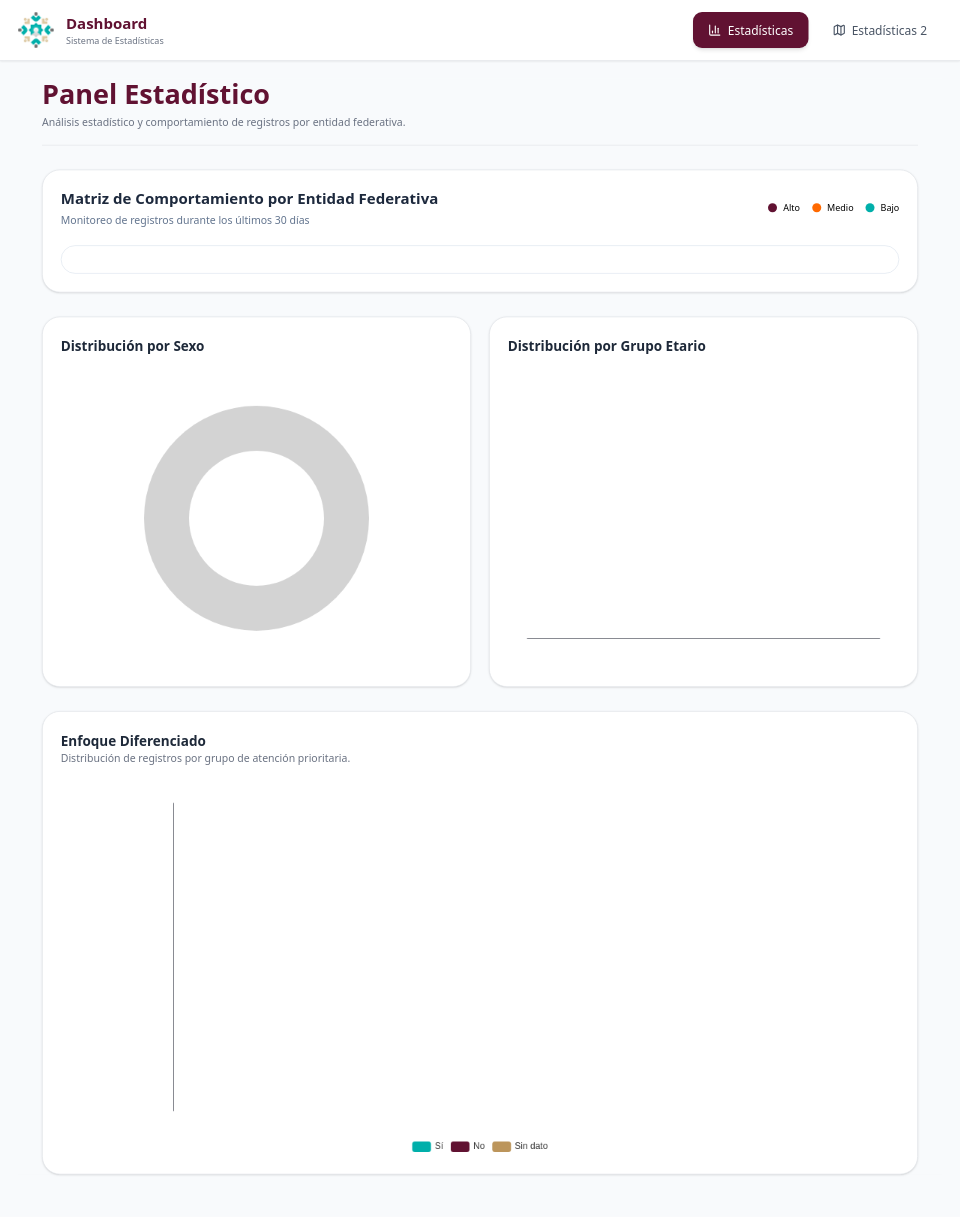
Repository: jesus890/semaforo-cinepolis
Page: /
An editor plug-in stored every save of this project. The page is shown before and after the next save, followed by the edit.
The browser window is 1280 px wide. The pictures show the whole page, at 75% of full size.
The page's requests for data from a server got no answer. The project was rebuilt for these pictures with package versions that can differ from the ones it lists, and the page was loaded fresh each time. No one was signed in, and anything a server would have sent is missing. Also part of the build but not shown: vite.config.ts, src/pages/EstadisticasDosPage.tsx.

Above is the page before, as saved 2026-06-04 13:09:55.

### index.html
<!doctype html>
<html lang="en">
  <head>
    <meta charset="UTF-8" />
    <link rel="icon" type="image/svg+xml" href="/favicon.svg" />
    <meta name="viewport" content="width=device-width, initial-scale=1.0" />
    <title>Estadistica Alertamiento | RNPNDO</title>
  </head>
  <body>
    <div id="root"></div>
    <script type="module" src="/src/main.tsx"></script>
  </body>
</html>

### src/App.tsx
import AppRouter from "./router/AppRouter";

function App() {
    return <AppRouter />;
}

export default App;

### src/router/AppRouter.tsx
import {BrowserRouter,Routes,Route,Navigate,} from "react-router-dom";

import DashboardLayout from "../layouts/DashboardLayout";
import EstadisticasPage from "../pages/EstadisticaPage";
import EstadisticasDosPage from "../pages/EstadisticasDosPage";



export default function AppRouter() {

    return (
        <BrowserRouter>
            <Routes>
                <Route path="/" element={<DashboardLayout/>}>
                    <Route index element={<Navigate to="/estadisticas"/>}/>
                    <Route path="estadisticas" element={<EstadisticasPage />}/>
                    <Route path="estadisticas-2" element={<EstadisticasDosPage />}/>
                </Route>
            </Routes>
        </BrowserRouter>
    );
}

### src/layouts/DashboardLayout.tsx
import { Outlet } from "react-router-dom";

import Header from "../components/Dashboard/navigation/Header";

export default function DashboardLayout() {

    return (
        <div className="min-h-screen bg-slate-50">
            <Header />
            <main className="p-6">
                <Outlet />
            </main>
        </div>

    );
}

### src/components/Dashboard/navigation/Header.tsx
import { NavLink } from "react-router-dom";

import { BarChart3, Map, } from "lucide-react";
import logoSystem from "../../../assets/CNB.png";

export default function Header() {

    const menu = [
        {
            label: "Estadísticas",
            icon: BarChart3,
            path: "/estadisticas",
        },
        {
            label: "Estadísticas 2",
            icon: Map,
            path: "/estadisticas-2",
        },
    ];

    return (

        <header className="sticky top-0 z-50 bg-white border-b border-gray-200 shadow-sm">

            <div className="h-20 px-6 flex items-center justify-between max-w-[1800px] mx-auto">

                {/* Logo */}
                <div className="flex items-center gap-4">

                    <img src={logoSystem} alt="Logo" className="h-12 w-auto object-contain" />

                    <div>

                        <h1 className="text-xl font-bold text-[#611232]">
                            Dashboard
                        </h1>

                        <p className="text-xs text-gray-500">
                            Sistema de Estadísticas
                        </p>

                    </div>

                </div>

                {/* Menú */}
                <nav className="flex items-center gap-3">

                    {menu.map((item) => {

                        const Icon = item.icon;

                        return (

                            <NavLink
                                key={item.path}
                                to={item.path}
                                className={({
                                    isActive,
                                }) =>
                                    `
                                    flex
                                    items-center
                                    gap-2
                                    px-5
                                    py-3
                                    rounded-xl
                                    font-medium
                                    transition-all

                                    ${isActive
                                        ? "bg-[#611232] text-white shadow-md"
                                        : "text-gray-600 hover:bg-gray-100"
                                    }
                                `
                                }
                            >

                                <Icon
                                    size={18}
                                />

                                {item.label}

                            </NavLink>
                        );
                    })}

                </nav>

            </div>

        </header>
    );
}

### src/components/Dashboard/heatmap/HeatmapTable.tsx
import { useMemo } from "react";

import type { HeatmapRow } from "../../../types/dashboard.types";

interface Props {
    rows: HeatmapRow[];
    level: "estado" | "municipio";
    onRowClick?: (estadoId: number) => void;
    onCellClick?: (
        data: {
            estadoId: number;
            municipioId: number;
            fecha: string;
        }
    ) => void;
}

export default function HeatmapTable({ rows, onRowClick, onCellClick, }: Props) {

    const dates = useMemo(() => {
        if (!rows.length) return [];

        return rows[0].values.map(
            value => value.day
        );
    }, [rows]);

    const getColor = (estatus: string) => {
        switch (estatus?.toLowerCase()) {
            case "rojo":
                return "bg-[#611232]";
            case "naranja":
                return "bg-orange-500";
            case "verde":
                return "bg-[#00AFAA]";
            default:
                return "bg-slate-200";
        }
    };

    return (
        <div className="overflow-auto rounded-3xl border border-slate-200 bg-white p-4">

            <table className="border-separate  min-w-max">

                <thead>
                    <tr>
                        <th className="sticky left-0 z-20 bg-white min-w-[240px]"></th>

                        {dates.map(date => (

                            <th
                                key={date}
                                className="h-28 min-w-[42px] align-bottom"
                            >

                                <div className="-rotate-45 origin-bottom-left whitespace-nowrap text-[10px] font-medium text-slate-500">
                                    {date}
                                </div>

                            </th>

                        ))}

                    </tr>

                </thead>

                <tbody>

                    {rows.map(row => (

                        <tr key={row.id}>

                            <td className="sticky left-0 z-10 bg-white pr-4">

                                <button
                                    onClick={() => onRowClick?.(row.estadoId)}
                                    className="group flex tems-center gap-3 text-left transition-all cursor-pointer"
                                >
                                    <span className="text-sm font-semibold text-slate-700 group-hover:text-[#611232]">
                                        {row.name}
                                    </span>

                                </button>

                            </td>

                            {row.values.map(
                                value => (

                                    <td
                                        key={value.day}
                                    >

                                        <button
                                            onClick={() =>
                                                onCellClick?.({estadoId:value.estadoId,municipioId:value.municipioId,fecha:value.day})
                                            }
                                            title={`${value.total} registros`}
                                            className={`
                                                h-8
                                                w-8
                                                rounded-lg
                                                transition-all
                                                hover:scale-110
                                                hover:shadow-lg
                                                hover:ring-2
                                                hover:ring-[#611232]
                                                cursor-pointer
                                                ${getColor(
                                                value.estatus
                                            )}
                                            `}
                                        />

                                    </td>

                                )
                            )}

                        </tr>

                    ))}

                </tbody>

            </table>

        </div>
    )

}

### src/components/Dashboard/charts/SexoChart.tsx
import ReactECharts from "echarts-for-react";
import { Colors } from "../../../constants/colors";

interface SexoItem {
    categoria: string;
    total: number;
}

interface Props {
    sexo?: SexoItem[];
}

export default function SexoChart({ sexo = [] }: Props) {

    const getColor = (categoria: string) => {

        switch (categoria.toUpperCase()) {

            case "HOMBRE":
                return Colors.rojito;

            case "MUJER":
                return Colors.verdecito;

            default:
                return Colors.oro;
        }
    };

    const data = sexo.map(item => ({
        value: item.total,
        name:
            item.categoria.charAt(0) +
            item.categoria.slice(1).toLowerCase(),

        itemStyle: {
            color: getColor(item.categoria),
        },
    }));

    const option = {
        tooltip: {
            trigger: "item",
        },

        legend: {
            bottom: 0,
        },

        series: [
            {
                type: "pie",
                radius: ["45%", "75%"],

                label: {
                    formatter: "{b}\n{c}",
                },

                data,
            },
        ],
    };

    return (
        <ReactECharts
            option={option}
            style={{
                height: "400px",
            }}
        />
    );
}

### src/services/dashboard.service.ts
import { apiRequest } from "../lib/api";
import { axiosInstance } from "../lib/axios";

export const GetEntidadesByAlertaTable = (estado_id: any, municipio_id: any) =>
    apiRequest<any>(
        axiosInstance.get(`/api/Alertas`)
    );

export const GetTotalesIncremento = (estado_id: any, municipio_id: any) =>
    apiRequest<any>(
        axiosInstance.get(`/api/Alertas/incremento-desaparecidos`)
    );

### src/components/Dashboard/charts/EdadChart.tsx
import ReactECharts from "echarts-for-react";
import { Colors } from "../../../constants/colors";

interface GrupoEtarioItem {
  categoria: string;
  total: number;
}

interface Props {
  grupoEtario?: GrupoEtarioItem[];
}

export default function EdadChart({
  grupoEtario = [],
}: Props) {

  const getColor = (
    categoria: string
  ) => {

    switch (
    categoria.toUpperCase()
    ) {

      case "MENOR DE EDAD":
        return Colors.verdecito;

      case "MAYOR DE EDAD":
        return Colors.rojito;

      case "ADULTO MAYOR":
        return Colors.oro;

      default:
        return "#4F46E5";
    }
  };

  const categories =
    grupoEtario.map(
      item => item.categoria
    );

  const data =
    grupoEtario.map(
      item => ({
        value: item.total,

        itemStyle: {
          color: getColor(
            item.categoria
          ),
        },
      })
    );

  const option = {
    tooltip: {
      trigger: "axis",
    },

    grid: {
      left: "5%",
      right: "5%",
      bottom: "10%",
      containLabel: true,
    },

    xAxis: {
      type: "category",

      data: categories,

      axisLabel: {
        interval: 0,
        rotate: 0,
      },
    },

    yAxis: {
      type: "value",
    },

    series: [
      {
        type: "bar",

        barWidth: 70,

        borderRadius: [
          8,
          8,
          0,
          0,
        ],

        data,
      },
    ],
  };

  return (
    <ReactECharts
      option={option}
      style={{
        height: "400px",
      }}
    />
  );
}

### src/components/Dashboard/charts/EnfoqueChart.tsx
import ReactECharts from "echarts-for-react";
import { Colors } from "../../../constants/colors";

interface EnfoqueDetalle {
  categoria: string;
  total: number;
}

interface EnfoqueItem {
  grupo: string;
  detalle: EnfoqueDetalle[];
}

interface Props {
  enfoqueDiferenciado?: EnfoqueItem[];
}

export default function EnfoqueChart({
  enfoqueDiferenciado = [],
}: Props) {

  const normalize = (
    value: string
  ) => {

    const v =
      value
        ?.trim()
        .toUpperCase();

    if (v === "SI")
      return "SI";

    if (v === "NO")
      return "NO";

    return "SIN DATO";
  };

  const groups =
    enfoqueDiferenciado.map(
      item => {

        switch (
        item.grupo
        ) {

          case "TIENEDISCAPACIDAD":
            return "Discapacidad";

          case "HABLAESPANIOL":
            return "Habla Español";

          case "LENGUA":
            return "Lengua";

          case "ESMIGRANTE":
            return "Migrante";

          default:
            return item.grupo;
        }
      }
    );

  const siData =
    enfoqueDiferenciado.map(
      grupo =>
        grupo.detalle
          .filter(
            x =>
              normalize(
                x.categoria
              ) === "SI"
          )
          .reduce(
            (
              acc,
              item
            ) =>
              acc +
              item.total,
            0
          )
    );

  const noData =
    enfoqueDiferenciado.map(
      grupo =>
        grupo.detalle
          .filter(
            x =>
              normalize(
                x.categoria
              ) === "NO"
          )
          .reduce(
            (
              acc,
              item
            ) =>
              acc +
              item.total,
            0
          )
    );

  const sinDatoData =
    enfoqueDiferenciado.map(
      grupo =>
        grupo.detalle
          .filter(
            x =>
              normalize(
                x.categoria
              ) ===
              "SIN DATO"
          )
          .reduce(
            (
              acc,
              item
            ) =>
              acc +
              item.total,
            0
          )
    );

  const option = {

    tooltip: {
      trigger: "axis",
      axisPointer: {
        type: "shadow",
      },
    },

    legend: {
      bottom: 0,
    },

    grid: {
      left: 150,
      right: 30,
      top: 30,
      bottom: 60,
    },

    xAxis: {
      type: "value",
    },

    yAxis: {
      type: "category",
      data: groups,
    },

    series: [
      {
        name: "Sí",
        type: "bar",
        stack: "total",

        label: {
          show: true,
        },

        itemStyle: {
          color:
            Colors.verdecito,
        },

        data: siData,
      },

      {
        name: "No",
        type: "bar",
        stack: "total",

        label: {
          show: true,
        },

        itemStyle: {
          color:
            Colors.rojito,
        },

        data: noData,
      },

      {
        name: "Sin dato",
        type: "bar",
        stack: "total",

        label: {
          show: true,
        },

        itemStyle: {
          color:
            Colors.oro,
        },

        data: sinDatoData,
      },
    ],
  };

  return (
    <ReactECharts
      option={option}
      style={{
        height: "500px",
      }}
    />
  );
}

### src/constants/colors.ts
export const Colors = {
    rojito: "#611232",
    verdecito: "#00AFAA",
    oro: "#BC955B",
    grisito: "#E8E8E8",
    grisote: "#D2D3D3",
    text: "#5A5A5A",
};

### src/lib/api.ts
import axios from "axios";

export async function apiRequest<T>(
  promise: Promise<{ data: T }>
): Promise<T> {
  try {
    const { data } = await promise;
    return data;
  } catch (error) {
    if (axios.isAxiosError(error)) {
      const response = error.response;

      const message =
        response?.data?.message ||
        response?.data?.error ||
        response?.data?.msg ||
        "Error en la petición";

      throw new Error(message);
    }

    throw new Error("Error inesperado");
  }
}

### src/lib/axios.ts
import axios from "axios";

export const axiosInstance = axios.create({
  baseURL: import.meta.env.VITE_API_URL,
});

Loaded but not shown: src/main.tsx (common file); src/index.css (common file); src/pages/EstadisticaPage.tsx (191 lines, source omitted)

After the next save:
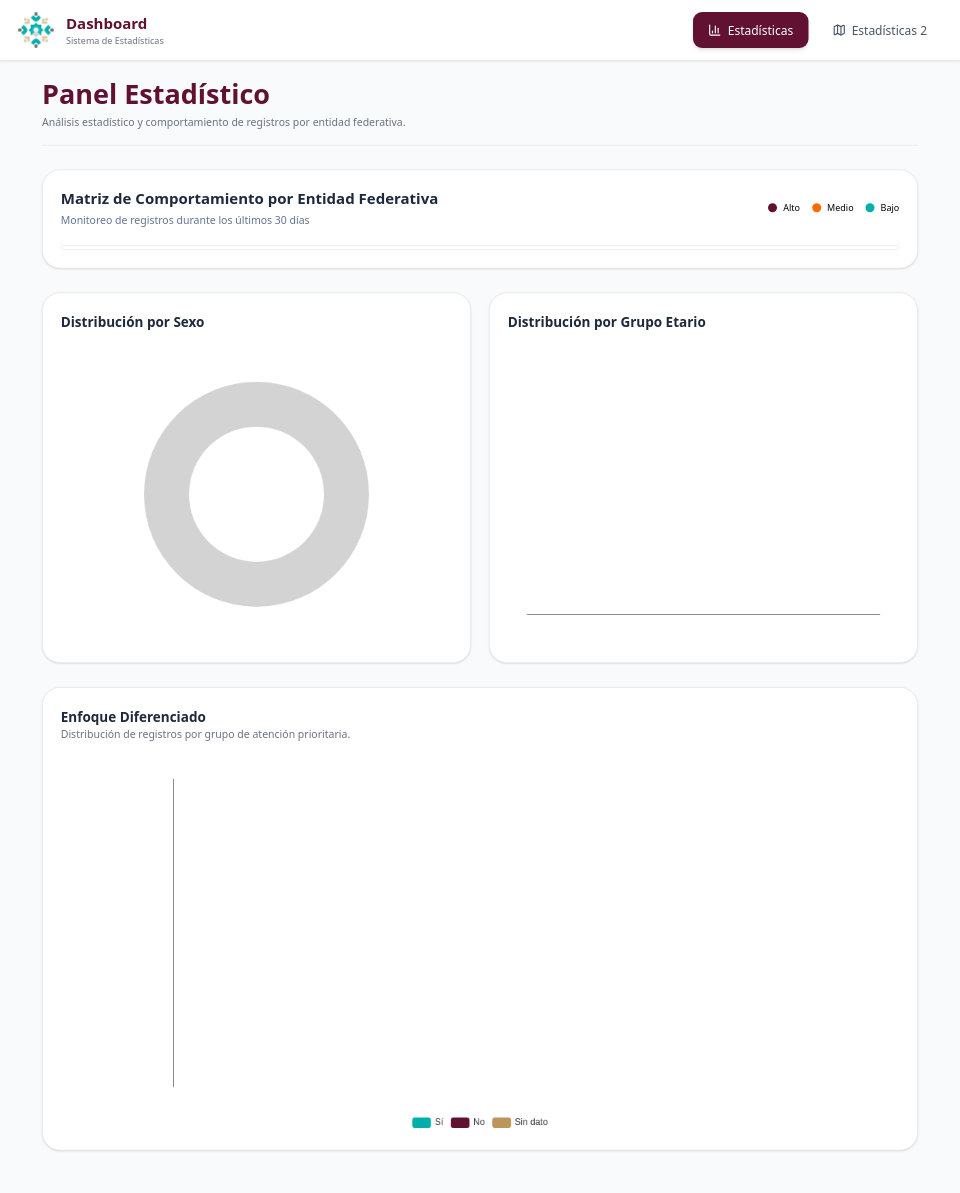
Saved 22 s later.
--- a/src/components/Dashboard/heatmap/HeatmapTable.tsx
+++ b/src/components/Dashboard/heatmap/HeatmapTable.tsx
@@ -39,7 +39,7 @@
     };
 
     return (
-        <div className="overflow-auto rounded-3xl border border-slate-200 bg-white p-4">
+        <div className="overflow-auto rounded-3xl border border-slate-200 bg-white">
 
             <table className="border-separate  min-w-max">
 

After the 5 saves that followed:
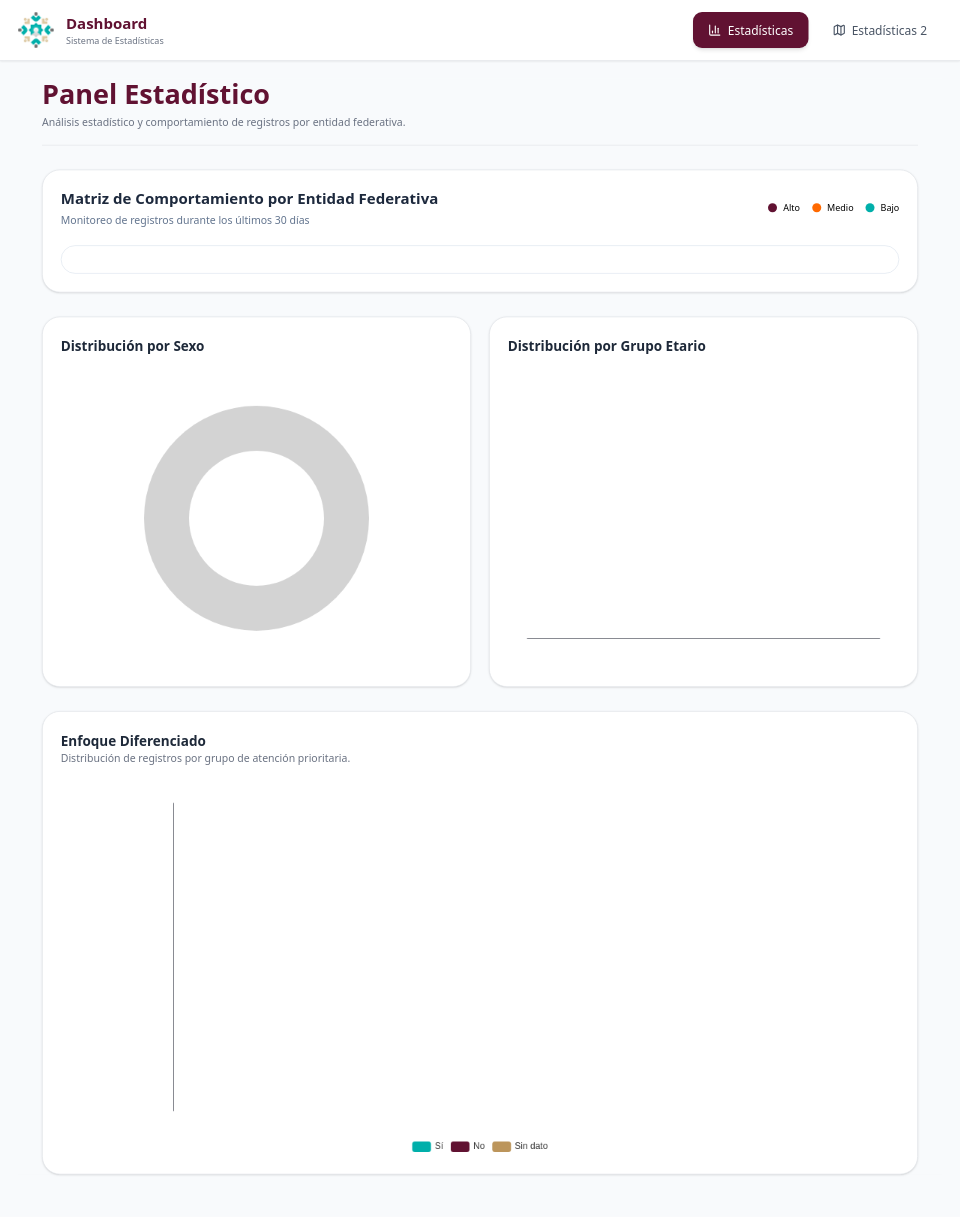
The 5 saves are shown as one change because 3 left the picture as it was and some came seconds apart.
The last was saved 68 s later.
--- a/src/components/Dashboard/heatmap/HeatmapTable.tsx
+++ b/src/components/Dashboard/heatmap/HeatmapTable.tsx
@@ -39,7 +39,7 @@
     };
 
     return (
-        <div className="overflow-auto rounded-3xl border border-slate-200 bg-white">
+        <div className="overflow-auto rounded-3xl border border-slate-200 bg-white p-4">
 
             <table className="border-separate  min-w-max">
 
@@ -78,6 +78,7 @@
                                     onClick={() => onRowClick?.(row.estadoId)}
                                     className="group flex tems-center gap-3 text-left transition-all cursor-pointer"
                                 >
+                                    <div className="h-2.5 w-2.5 rounded-full bg-[#000]"/>
                                     <span className="text-sm font-semibold text-slate-700 group-hover:text-[#611232]">
                                         {row.name}
                                     </span>
